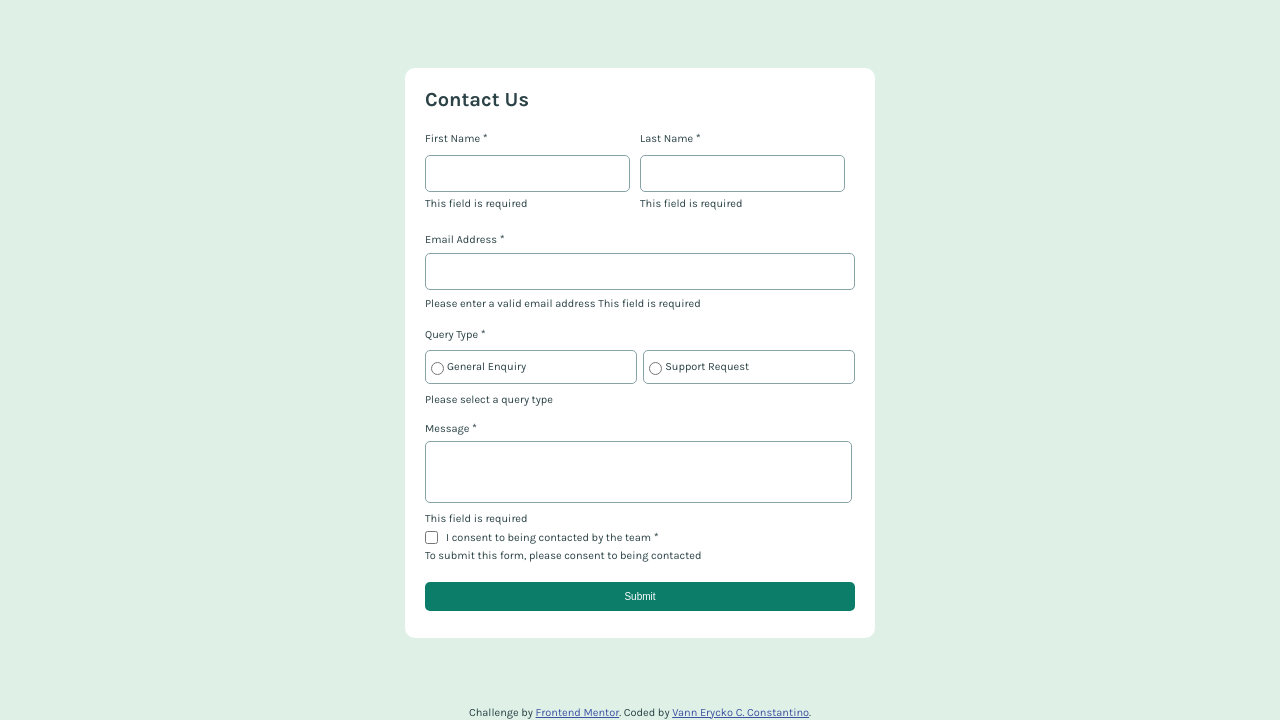
Repository: kocokoy/contact-form
Page: contact-form-main/index.html
These files come from the project's save history. The page is drawn as it stood at one moment and after the next save; the edit follows.
The browser window is 1280 px wide. The pictures show the whole page.

Above is the page before, as saved 2024-10-24 16:04:41.

After the next save:
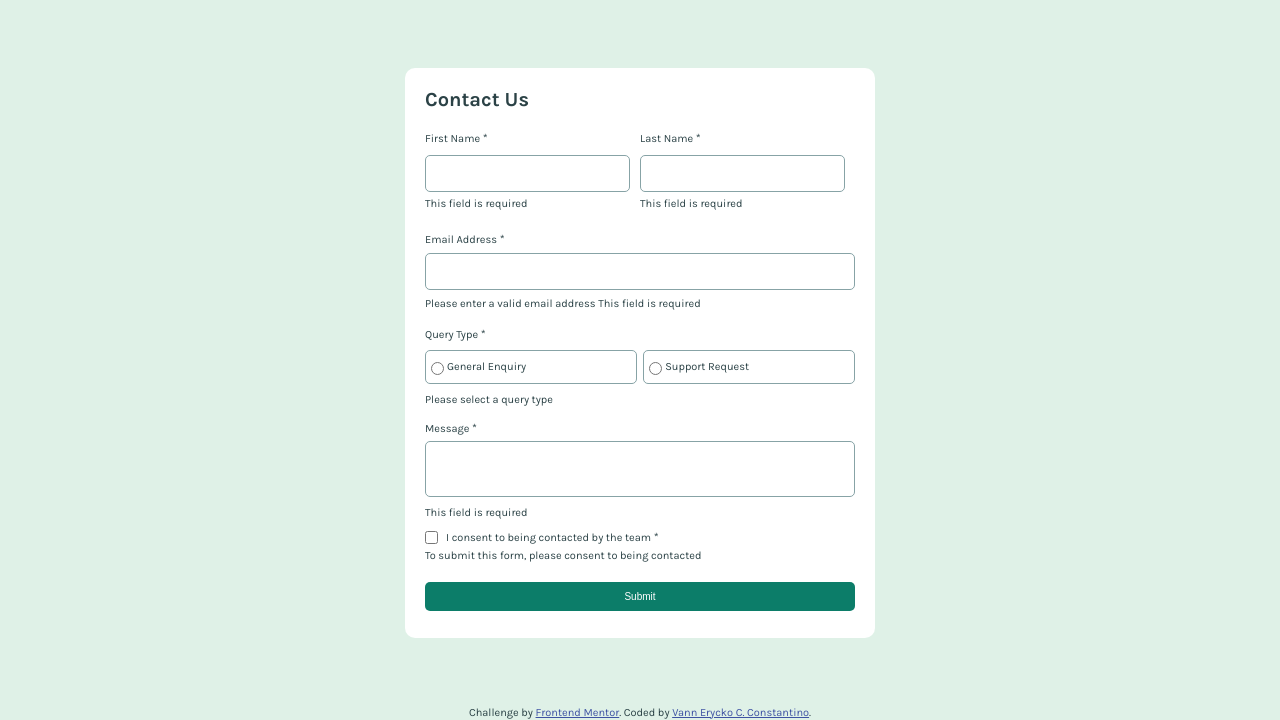
Saved 6 s later.
--- a/contact-form-main/styles/style.css
+++ b/contact-form-main/styles/style.css
@@ -154,13 +154,13 @@ span {
 }
 
 .message-section textarea{
- width: 98%;
+ width: 100%;
  height: 55%;
  border-radius: 5px;
  border: 1px solid var(--Grey500);
  font-size: 13px;
  resize: none; /* Disable resizing */
- /* box-sizing: border-box;  */
+ box-sizing: border-box;
  outline: none;
 }
 
